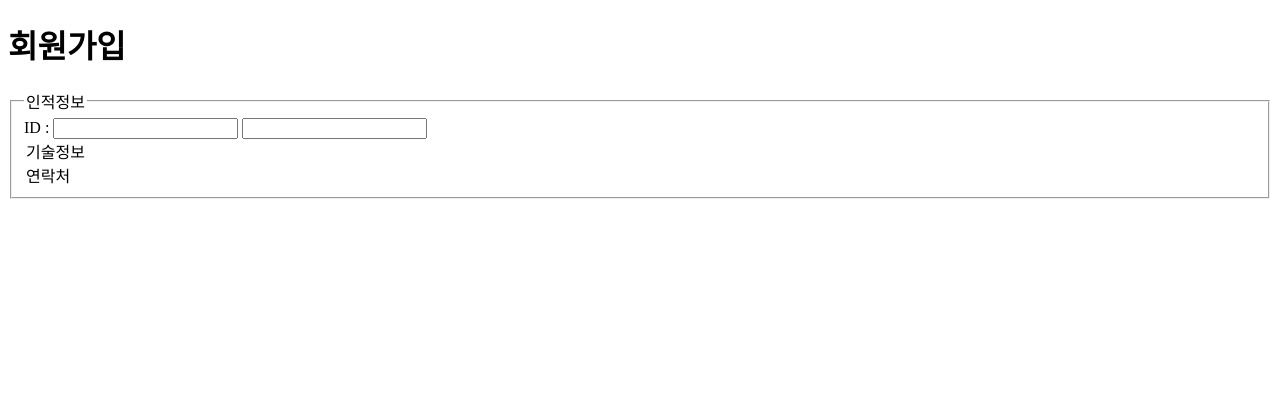
Repository: wooyeonhui/SmartContents
Page: http://localhost/MyHome4/JoinUs/JoinUsSend.jsp
The author's editor kept a copy of each file at every save. The page is drawn from the files as they stood at one save, then again after the next save.
The browser window is 1280 px wide. The pictures show the whole page.
The page is served by Tomcat 9.

Above is the page before, as saved 2017-01-13 06:29:58.

After the next save:
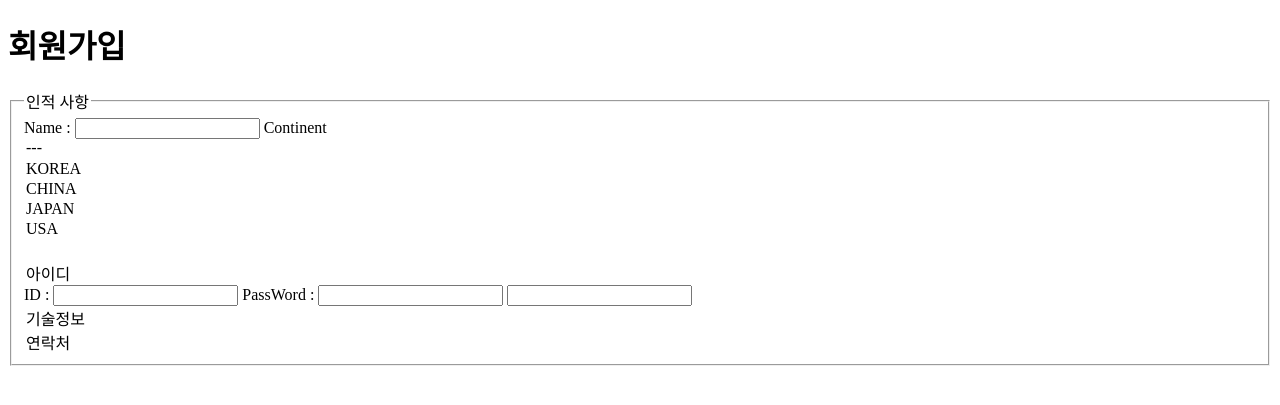
Saved 8 min 24 s later.
--- a/Java/workspace_20170111/MyHome4/JoinUs/JoinUsSend.jsp
+++ b/Java/workspace_20170111/MyHome4/JoinUs/JoinUsSend.jsp
@@ -10,10 +10,24 @@
  <h1>회원가입</h1>
  <form>
   <fieldset>
-       <legend>인적정보</legend>
+       <legend>인적 사항</legend>
+ <span>Name : </span>
+    <input type="text" name="name" value="">
+ <span>Continent</span>
+     <selct name="Continent">
+          <option value="">---</option>
+          <option value="KOREA">KOREA</option>
+          <option value="CHINA">CHINA</option>
+          <option value="JAPAN">JAPAN</option>
+          <option value="USA">USA</option>
+          <option value=""></option>
+     </selct>
+       <legend>아이디</legend>
  <span>ID : </span>
- <input type="text" name="ID" vale="">
- <span> </span>
+   <input type="text" name="id" vale="">
+ <span>PassWord : </span>
+   <input type="password" name="password" value="">
+
  <input >
        <legend>기술정보</legend>
        <legend>연락처</legend>
